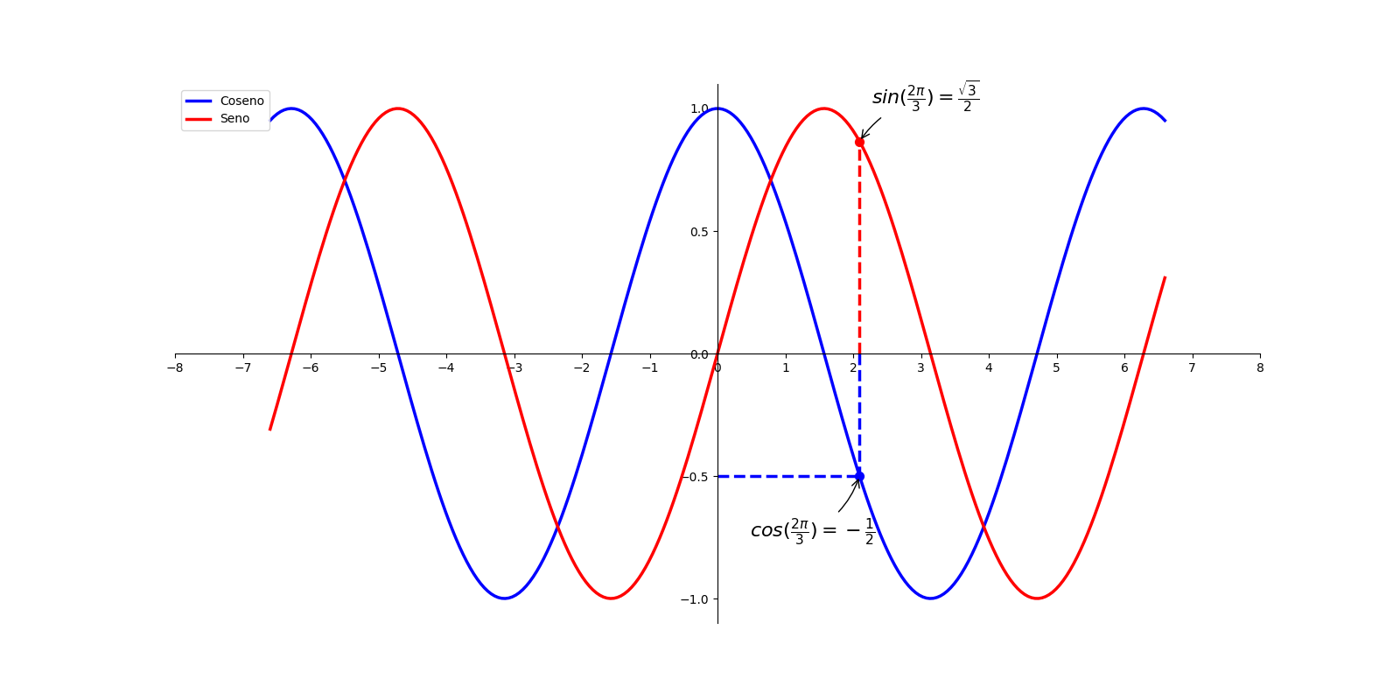
Repository: Jaamunozr/Archivos-python
Script's output: python Archivos Python/Graficas/ejecutable.py
These files come from the project's save history. The script's output is drawn as it stood at one moment and after the next save; the edit follows.
Figures wider than 1,400 px are first shrunk to that width. Animations are shown at an early frame. Random numbers start from a fixed seed.

Above is the script's output before, as saved 2020-02-16 22:19:55.

After the next save:
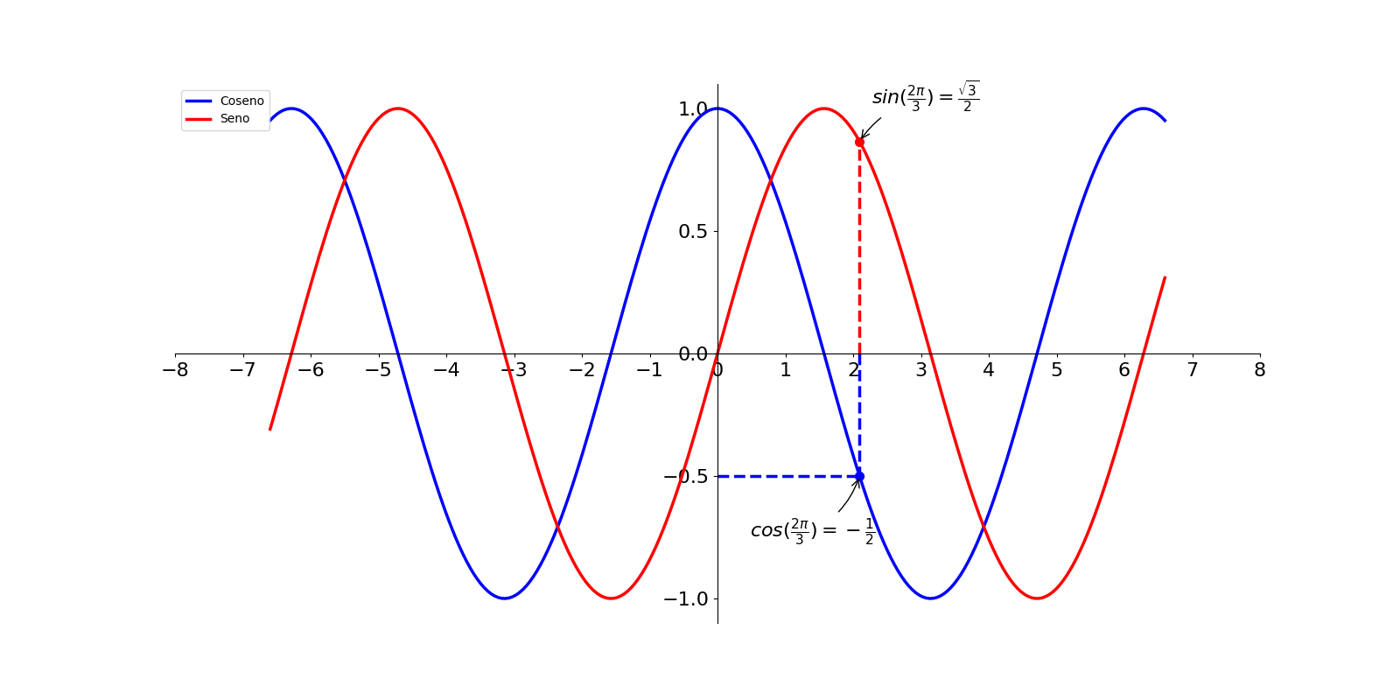
Saved 106 s later.
--- a/Archivos Python/Graficas/ejecutable.py
+++ b/Archivos Python/Graficas/ejecutable.py
@@ -74,6 +74,9 @@
             arrowprops=dict(arrowstyle="->", connectionstyle="arc3,rad=.2"))#DIRECCION DE LA FLECHA
 
 
+for label in ax.get_xticklabels() + ax.get_yticklabels():
+    label.set_fontsize(16)
+    label.set_bbox(dict(facecolor='white', edgecolor='None', alpha=0.65))
 
 
 # Mostrar resultado en pantalla (Con 2 segundos de muestreo)

After the save that followed:
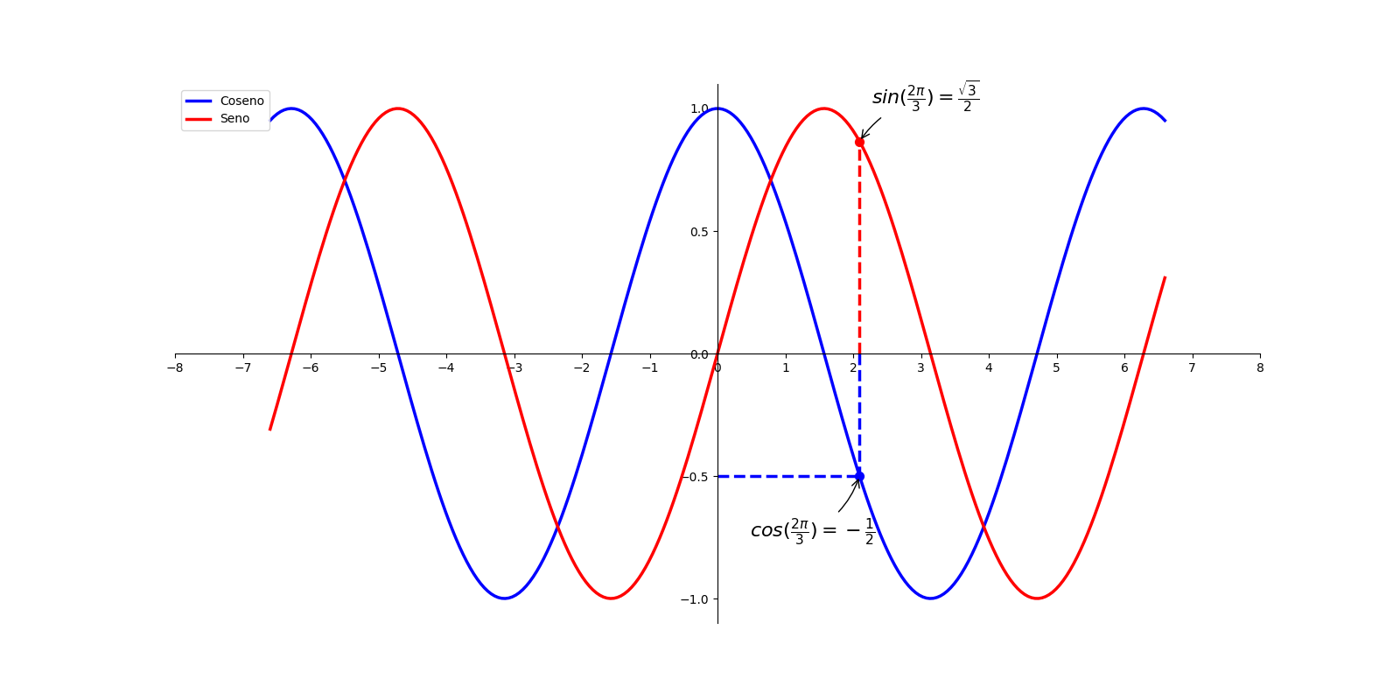
Saved 6 min 37 s later.
--- a/Archivos Python/Graficas/ejecutable.py
+++ b/Archivos Python/Graficas/ejecutable.py
@@ -74,9 +74,6 @@
             arrowprops=dict(arrowstyle="->", connectionstyle="arc3,rad=.2"))#DIRECCION DE LA FLECHA
 
 
-for label in ax.get_xticklabels() + ax.get_yticklabels():
-    label.set_fontsize(16)
-    label.set_bbox(dict(facecolor='white', edgecolor='None', alpha=0.65))
 
 
 # Mostrar resultado en pantalla (Con 2 segundos de muestreo)
